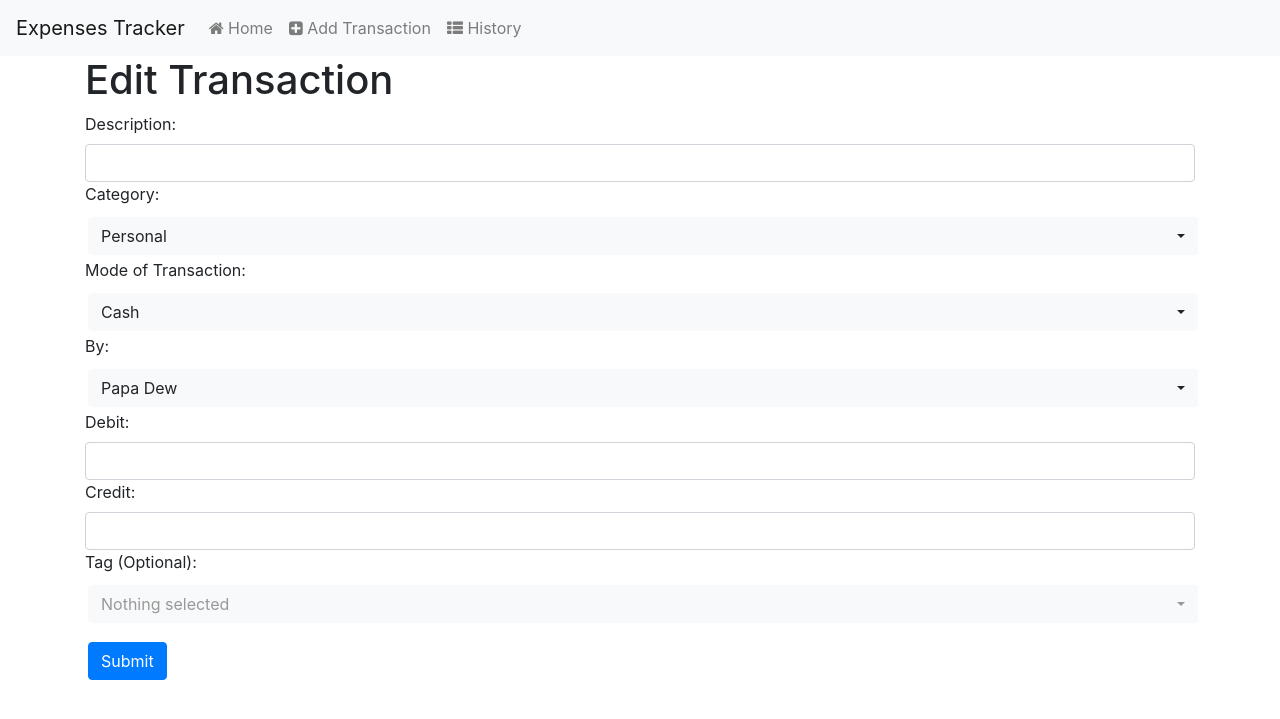
Repository: yucheng91/CI3-expenses-manager
Page: http://localhost/view-all/edit/1
The author's editor kept a record of every edit. The page is drawn from the files as they stood at one moment, then again after the next edit.
The browser window is 1280 px wide. The pictures show the whole page.
The page is served by the project's application, run on Flask 3 (app.py). The database holds what the project's SQL file puts in it.

Above is the page before.

### templates/edit_transaction.html
<!doctype html>
<html lang="en">

<head>
  <!-- Required meta tags -->
  <meta charset="utf-8">
  <meta name="viewport" content="width=device-width, initial-scale=1, shrink-to-fit=no">

  <!-- Bootstrap CSS -->
  <link rel="stylesheet" href="https://stackpath.bootstrapcdn.com/bootstrap/4.3.1/css/bootstrap.min.css" integrity="sha384-ggOyR0iXCbMQv3Xipma34MD+dH/1fQ784/j6cY/iJTQUOhcWr7x9JvoRxT2MZw1T" crossorigin="anonymous">
  <!-- Latest compiled and minified CSS -->
  <link rel="stylesheet" href="https://cdnjs.cloudflare.com/ajax/libs/font-awesome/4.7.0/css/font-awesome.css">
  <link rel="stylesheet" href="https://cdn.jsdelivr.net/npm/bootstrap-select@1.13.10/dist/css/bootstrap-select.min.css">
  <link rel="stylesheet" href="{{ url_for('static', filename='css/style.css') }}">

  <title>Hello, world!</title>
</head>

<body>
    <!--nav bar-->
    <nav class="navbar navbar-expand-sm navbar-light bg-light">
  <a class="navbar-brand" href="#">Expenses Tracker</a>
  <button class="navbar-toggler" type="button" data-toggle="collapse" data-target="#navbarNav" aria-controls="navbarNav" aria-expanded="false" aria-label="Toggle navigation">
    <span class="navbar-toggler-icon"></span>
  </button>
  <div class="collapse navbar-collapse" id="navbarNav">
    <ul class="navbar-nav">
      <li class="nav-item">
        <a class="nav-link" href="{{ url_for('home') }}"><i class="fa fa-home" aria-hidden="true"></i> Home</a>
      </li>
      <li class="nav-item">
        <a class="nav-link" href="{{ url_for('addtransaction') }}"><i class="fa fa-plus-square" aria-hidden="true"></i> Add Transaction</a>
      </li>
      <li class="nav-item">
        <a class="nav-link" href="{{ url_for('viewall') }}"><i class="fa fa-th-list" aria-hidden="true"></i> History</a>
      </li>
    </ul>
  </div>
    </nav>
    <!--end nav-->
  <div class="container">
    <h1>Edit Transaction</h1>
    <form method='post'>
      <class='form-group'>
        <label class='label'>
                      Description:
                  </label>
        <input type='text' class='form-control' name='transaction' value="{{ transaction['description'] }}">
        <label class='label'>
                      Category:
                  </label>
        <select name='category' class='form-control selectpicker' data-live-search="true">
                          {%for d in categories%}
                          <option value='{{ d['id'] }}' {%if d['id'] == transaction.categoriesid %} selected='selected'{%endif%}>{{ d['name'] }}</option>
                               {%endfor%}
                      </select>
        <label class='label'>
                      Mode of Transaction:
                  </label>
        <select name='mode' class='form-control selectpicker' data-live-search="true" value="{{ transaction['modeid'] }}">
                  {%for d in mode %}
                  <option value='{{ d['id'] }}' {%if d['id'] == transaction.modeid %} selected='selected'{%endif%}>{{ d['name'] }}</option>
                       {%endfor%}
              </select>
        <label class='label'>
                      By:
                  </label>
        <select name='by' class='form-control selectpicker' data-live-search="true" value="{{ transaction['accountid'] }}">
                  {%for d in account %}
                  <option value='{{ d['id'] }}' {%if d['id'] == transaction.accountid %} selected='selected'{%endif%}>{{ d['name'] }}</option>
                       {%endfor%}
              </select>
        <label class='label'>
                      Debit:
                  </label>
        <input type='text' class='form-control' name='debit' value="{{ transaction['debit'] }}">
        </class>
        <label class='label'>
                      Credit:
                  </label>
        <input type='text' class='form-control' name='credit' value="{{ transaction['credit'] }}">
        </class>
        <label class='tag'>
                      Tag (Optional):
                  </label>
        <select name='tag' class='form-control selectpicker' Multiple data-live-search="true">
                  {%for d in tag %}
                  <option value='{{ d['id'] }}' {%if d['id'] == transaction.tagid %}selected='selected'{%endif%}>{{ d['name'] }}</option>
                       {%endfor%}
              </select>
        <input type='submit' class='btn btn-primary mt-3'>
    </form>
  </div>

  <!-- Optional JavaScript -->
  <!-- jQuery first, then Popper.js, then Bootstrap JS -->
  <script src="https://code.jquery.com/jquery-3.3.1.slim.min.js" integrity="sha384-q8i/X+965DzO0rT7abK41JStQIAqVgRVzpbzo5smXKp4YfRvH+8abtTE1Pi6jizo" crossorigin="anonymous"></script>
  <script src="https://cdnjs.cloudflare.com/ajax/libs/popper.js/1.14.7/umd/popper.min.js" integrity="sha384-UO2eT0CpHqdSJQ6hJty5KVphtPhzWj9WO1clHTMGa3JDZwrnQq4sF86dIHNDz0W1" crossorigin="anonymous"></script>
  <script src="https://stackpath.bootstrapcdn.com/bootstrap/4.3.1/js/bootstrap.min.js" integrity="sha384-JjSmVgyd0p3pXB1rRibZUAYoIIy6OrQ6VrjIEaFf/nJGzIxFDsf4x0xIM+B07jRM" crossorigin="anonymous"></script>
  <!-- Latest compiled and minified JavaScript -->
  <script src="https://cdn.jsdelivr.net/npm/bootstrap-select@1.13.10/dist/js/bootstrap-select.min.js"></script>
</body>

</html>

### app.py
from flask import Flask, render_template, request, redirect, url_for
import os
import pymysql

connection = pymysql.connect(
    host='localhost', # IP address of the database; localhost means "the local machine"
    user="yucheng91",  #the mysql user
    password="coconuty", #the password for the user
    database="expenses" #the name of database we want to use
)

#if PHP doesn't show, perform $ sudo apt-get install --reinstall libapache2-mod-php7.2

app = Flask(__name__)

@app.route('/home')
def home():
    return render_template('index.html')

@app.route('/view-all')
def viewall():
    cursor = connection.cursor(pymysql.cursors.DictCursor)
    sql = "SELECT * FROM transaction JOIN categories ON transaction.categoriesid = categories.id JOIN mode ON transaction.modeid = mode.id JOIN account on transaction.accountid = account.id"
    cursor.execute(sql)
    results = []
    for r in cursor:
         results.append(r)

    sql = "SELECT SUM(debit) AS totaldebit FROM transaction"
    cursor.execute(sql)
    totaldebit = cursor.fetchone()

    sql = "SELECT SUM(credit) AS totalcredit FROM transaction"
    cursor.execute(sql)
    totalcredit = cursor.fetchone()

    sql = "SELECT (SELECT SUM(debit) AS sumdebit FROM transaction) - (SELECT SUM(credit) AS sumcredit FROM transaction) AS balance FROM transaction"
    cursor.execute(sql)
    balance = cursor.fetchone()

    return render_template('transaction_overview.html', data=results, totaldebit = totaldebit, totalcredit = totalcredit,balance=balance)

@app.route('/new-transaction/', methods=["GET"])
def addtransaction():

    cursor = connection.cursor(pymysql.cursors.DictCursor)
    sql = "SELECT * FROM mode"
    # fetch all genres and store it in a list
    cursor.execute(sql)
    mode = []
    for r in cursor:
        mode.append({
            'id' : r['id'],
            'name': r['mname']
        })

    # fetch all media type and store it in a list
    sql = "SELECT * FROM categories"
    cursor.execute(sql)
    categories = []
    for r in cursor:
        categories.append({
            'id':r['id'],
            'name': r['cname']
        })

    # fetch all media type and store it in a list
    sql = "SELECT * FROM account"
    cursor.execute(sql)
    account = []
    for r in cursor:
        account.append({
            'id':r['id'],
            'name': r['aname']
        })

    sql = "SELECT * FROM tag"
    cursor.execute(sql)
    tag = []
    for r in cursor:
        tag.append({
            'id':r['id'],
            'name': r['tname']
        })

    return render_template('new_transaction.html', mode=mode, categories=categories, account=account, tag=tag)

@app.route('/new-transaction/', methods=["POST"])
def process_addtransaction():
    transaction_name = request.form.get("transaction")
    category_name = request.form.get("category")
    mode_name = request.form.get("mode")
    by_name = request.form.get("by")
    debit_name = request.form.get("debit")
    if request.form.get("debit") == "":
        debit_name = "0"

    credit_name = request.form.get("credit")
    if request.form.get("credit") == "":
        credit_name = "0"

    cursor = connection.cursor(pymysql.cursors.DictCursor)

    sql = "INSERT INTO transaction (description,categoriesid,modeid,accountid,debit,credit) VALUE (%s,%s,%s,%s,%s,%s)"
    cursor.execute(sql,[transaction_name,category_name,mode_name,by_name,debit_name,credit_name])

    transactionid = cursor.lastrowid
    tagid = request.form.getlist("tag")
    for t in tagid:
        sql = "INSERT INTO transactiontag (transactionid,tagid) VALUE (%s,%s)"
        cursor.execute(sql,[transactionid,t])

    connection.commit()
    return redirect(url_for('viewall'))

# Edit transaction
@app.route('/view-all/edit/<id>')
def edit_transaction(id):

    cursor = connection.cursor(pymysql.cursors.DictCursor)
    sql = "SELECT * FROM transaction JOIN transactiontag ON transaction.id = transactiontag.transactionid JOIN tag ON transactiontag.tagid = tag.id WHERE transaction.id = {}".format(id)
    cursor.execute(sql)
    transaction = cursor.fetchone()

    sql = "SELECT * FROM mode"
    cursor.execute(sql)
    mode = []
    for r in cursor:
        mode.append({
            'id' : r['id'],
            'name': r['mname']
        })

    sql = "SELECT * FROM categories"
    cursor.execute(sql)
    categories = []
    for r in cursor:
        categories.append({
            'id':r['id'],
            'name': r['cname']
        })

    sql = "SELECT * FROM account"
    cursor.execute(sql)
    account = []
    for r in cursor:
        account.append({
            'id':r['id'],
            'name': r['aname']
        })

    sql = "SELECT * FROM tag"
    cursor.execute(sql)
    tag = []
    for r in cursor:
        tag.append({
            'id':r['id'],
            'name': r['tname']
        })

    return render_template('edit_transaction.html', transaction = transaction, mode=mode, categories=categories, account=account, tag=tag)

@app.route('/view-all/edit/<id>', methods=['POST'])
def update_transaction(id):
    transaction_name = request.form.get("transaction")
    category_name = request.form.get("category")
    mode_name = request.form.get("mode")
    by_name = request.form.get("by")
    debit_name = request.form.get("debit")
    if request.form.get("debit") == "":
        debit_name = "0"

    credit_name = request.form.get("credit")
    if request.form.get("credit") == "":
        credit_name = "0"

    cursor = connection.cursor(pymysql.cursors.DictCursor)

    cursor.execute("UPDATE transaction SET description = '{}',categoriesid = '{}',modeid = '{}',accountid = '{}',debit = '{}',credit = '{}' WHERE id = {}".format(transaction_name,category_name,mode_name,by_name,debit_name,credit_name,id))

    sql = "DELETE FROM transactiontag WHERE transactiontag.transactionid = {}"
    cursor.execute(sql)

    transactionid = cursor.lastrowid
    tagid = request.form.getlist("tag")
    for t in tagid:
        sql = "INSERT INTO transactiontag (transactionid,tagid) VALUE (%s,%s)"
        cursor.execute(sql,[transactionid,t])

    connection.commit()
    return redirect(url_for('viewall'))

# "magic code" -- boilerplate
if __name__ == '__main__':
    app.run(host=os.environ.get('IP'),
            port=int(os.environ.get('PORT')),
            debug=True)

### static/css/style.css
img {
    width:75%;
    margin-left:auto;
    margin-right:auto;
}

#content {
    padding-top:56px;
}

.btn {
    margin:3px;
}

@media (max-width: 255px){
body {
    font-size:90%;
}
}

@media (max-width: 255px){

#content{
padding-top:96px;
}

body {
    font-size:80%;
}
}

### database.sql (the tables this page reads)
CREATE TABLE `account` (
  `id` int(3) NOT NULL AUTO_INCREMENT,
  `aname` varchar(55) NOT NULL,
  `description` text NOT NULL,
  `createdAt` timestamp NOT NULL DEFAULT CURRENT_TIMESTAMP ON UPDATE CURRENT_TIMESTAMP,
  PRIMARY KEY (`id`)
) ENGINE=InnoDB AUTO_INCREMENT=4 DEFAULT CHARSET=latin1;

INSERT INTO `account` VALUES (1,'Papa Dew','Father of Dew\'s Family','2019-08-02 04:35:32'),(2,'Mama Dew','Mother of Dew\'s Family','2019-08-02 04:56:52'),(3,'Brother Dew','Brother of Dew\'s Family','2019-08-02 04:56:30');

CREATE TABLE `categories` (
  `id` int(3) NOT NULL AUTO_INCREMENT,
  `cname` varchar(55) CHARACTER SET utf8 NOT NULL,
  `description` text NOT NULL,
  `createdAt` timestamp NOT NULL DEFAULT CURRENT_TIMESTAMP ON UPDATE CURRENT_TIMESTAMP,
  PRIMARY KEY (`id`)
) ENGINE=InnoDB AUTO_INCREMENT=10 DEFAULT CHARSET=latin1;

INSERT INTO `categories` VALUES (1,'Personal','Personal private expenses','2019-08-02 04:57:58'),(2,'House','Housing expenses','2019-08-02 04:57:58'),(3,'Food','Daily food expenses','2019-08-02 05:00:07'),(4,'Transport','Transportation expenses','2019-08-02 05:00:07'),(5,'Clothing','Clothing expenses','2019-08-02 05:00:07'),(6,'Fun','Entertainment expenses (such as movie, musical, theme park)','2019-08-02 05:00:07'),(7,'Family','Family expenses','2019-08-02 05:00:07'),(8,'Misc','For everything else','2019-08-02 05:00:07'),(9,'Income','Monthly income','2019-08-02 05:00:35');

CREATE TABLE `mode` (
  `id` int(3) NOT NULL AUTO_INCREMENT,
  `mname` varchar(55) NOT NULL,
  `createdAt` timestamp NOT NULL DEFAULT CURRENT_TIMESTAMP ON UPDATE CURRENT_TIMESTAMP,
  PRIMARY KEY (`id`)
) ENGINE=InnoDB AUTO_INCREMENT=7 DEFAULT CHARSET=latin1;

INSERT INTO `mode` VALUES (1,'Cash','2019-08-02 05:02:32'),(2,'Debit Card','2019-08-02 05:02:32'),(3,'Credit Card','2019-08-02 05:02:32'),(4,'Mobile (PayNow/Paylah)','2019-08-02 05:02:32'),(5,'Bank','2019-08-05 03:29:46'),(6,'Others','2019-08-26 08:38:17');

CREATE TABLE `tag` (
  `id` int(11) NOT NULL AUTO_INCREMENT,
  `tname` varchar(30) CHARACTER SET utf8 NOT NULL,
  PRIMARY KEY (`id`)
) ENGINE=InnoDB AUTO_INCREMENT=15 DEFAULT CHARSET=latin1;

INSERT INTO `tag` VALUES (1,'FairPrice '),(2,'Sheng Siong'),(3,'Giant'),(4,'Capitaland'),(5,'Insurance'),(6,'Taxi'),(7,'Restaurant'),(8,'Phone Bill'),(9,'Utilities Bill'),(10,'Grocery'),(11,'Airfare'),(12,'Hotel'),(13,'School'),(14,'Stationary');

CREATE TABLE `transaction` (
  `id` int(11) NOT NULL AUTO_INCREMENT,
  `description` text CHARACTER SET utf8 NOT NULL,
  `debit` decimal(11,2) DEFAULT '0.00',
  `credit` decimal(11,2) DEFAULT '0.00',
  `createdAt` timestamp NOT NULL DEFAULT CURRENT_TIMESTAMP ON UPDATE CURRENT_TIMESTAMP,
  `accountid` int(11) NOT NULL,
  `categoriesid` int(11) NOT NULL,
  `modeid` int(11) NOT NULL,
  PRIMARY KEY (`id`),
  KEY `accountid` (`accountid`),
  KEY `categoriesid` (`categoriesid`),
  KEY `modeid` (`modeid`),
  CONSTRAINT `transaction_ibfk_1` FOREIGN KEY (`accountid`) REFERENCES `account` (`id`),
  CONSTRAINT `transaction_ibfk_2` FOREIGN KEY (`categoriesid`) REFERENCES `categories` (`id`),
  CONSTRAINT `transaction_ibfk_3` FOREIGN KEY (`modeid`) REFERENCES `mode` (`id`)
) ENGINE=InnoDB AUTO_INCREMENT=19 DEFAULT CHARSET=latin1;

INSERT INTO `transaction` VALUES (1,'Code Institute : Income of the month July 2019',3500.00,0.00,'2019-08-22 07:41:18',1,9,1),(2,'SIM HQ Income of the Month : July 2019',3500.00,0.00,'2019-08-05 04:13:11',2,9,5),(3,'Taxi Taxi',0.00,40.00,'2019-08-23 05:56:58',1,4,3),(13,'Lunch Money for Brother\'s Dew school',0.00,40.00,'2019-08-20 08:15:28',1,3,1),(14,'RWS Day trip',0.00,154.00,'2019-08-20 08:17:02',2,7,3),(15,'New backpack',0.00,0.00,'2019-08-26 07:39:22',1,1,1),(16,'Test tag 1',0.00,10.00,'2019-08-27 06:24:42',1,1,1),(17,'test tag 2',0.00,20.00,'2019-08-27 06:24:58',1,1,1),(18,'test 1 + 2 ',0.00,0.00,'2019-08-27 06:55:37',2,7,3);

CREATE TABLE `transactiontag` (
  `id` int(11) NOT NULL AUTO_INCREMENT,
  `transactionid` int(11) DEFAULT NULL,
  `tagid` int(11) DEFAULT NULL,
  PRIMARY KEY (`id`),
  KEY `transactionid` (`transactionid`),
  KEY `tagid` (`tagid`),
  CONSTRAINT `transactiontag_ibfk_1` FOREIGN KEY (`transactionid`) REFERENCES `transaction` (`id`),
  CONSTRAINT `transactiontag_ibfk_2` FOREIGN KEY (`tagid`) REFERENCES `tag` (`id`)
) ENGINE=InnoDB AUTO_INCREMENT=12 DEFAULT CHARSET=latin1;

INSERT INTO `transactiontag` VALUES (6,16,1),(7,17,2),(8,18,1),(9,18,2),(10,3,4),(11,3,6);

After the next edit:
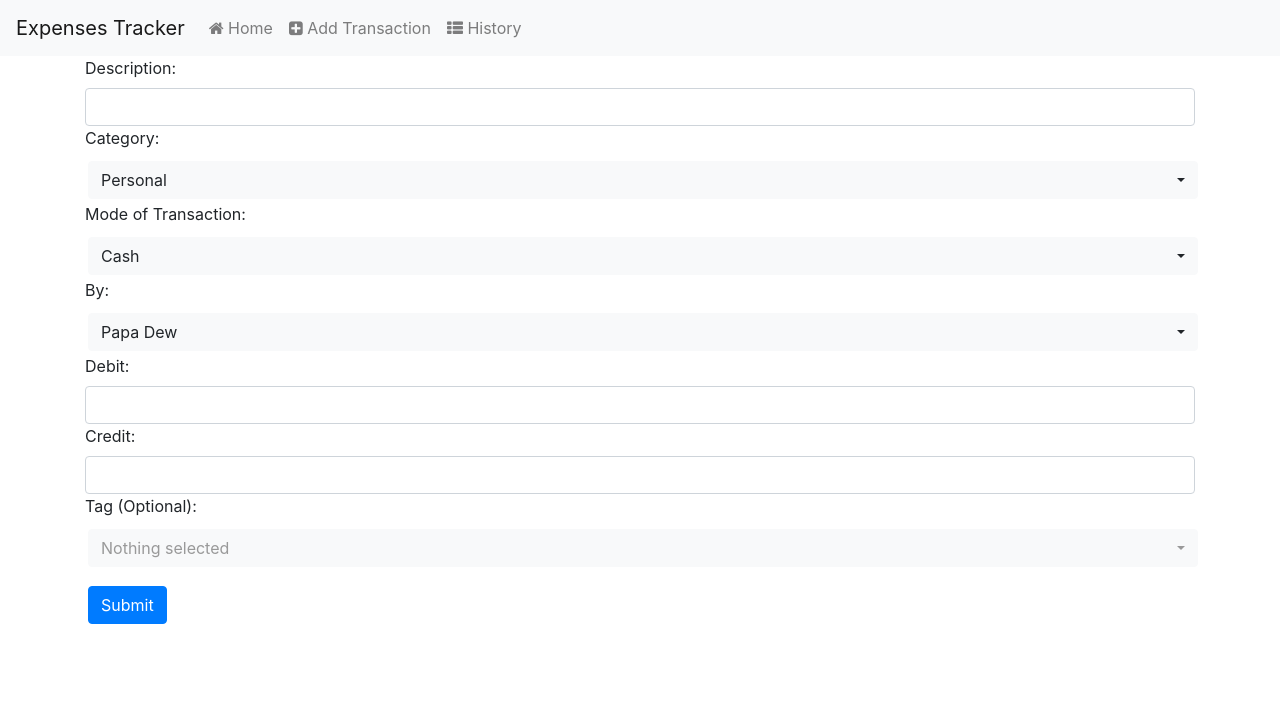
The edit:
--- a/templates/edit_transaction.html
+++ b/templates/edit_transaction.html
@@ -18,7 +18,7 @@
 
 <body>
     <!--nav bar-->
-    <nav class="navbar navbar-expand-sm navbar-light bg-light">
+    <nav class="navbar navbar-expand-sm navbar-light bg-light fixed-top">
   <a class="navbar-brand" href="#">Expenses Tracker</a>
   <button class="navbar-toggler" type="button" data-toggle="collapse" data-target="#navbarNav" aria-controls="navbarNav" aria-expanded="false" aria-label="Toggle navigation">
     <span class="navbar-toggler-icon"></span>

After the edit that followed:
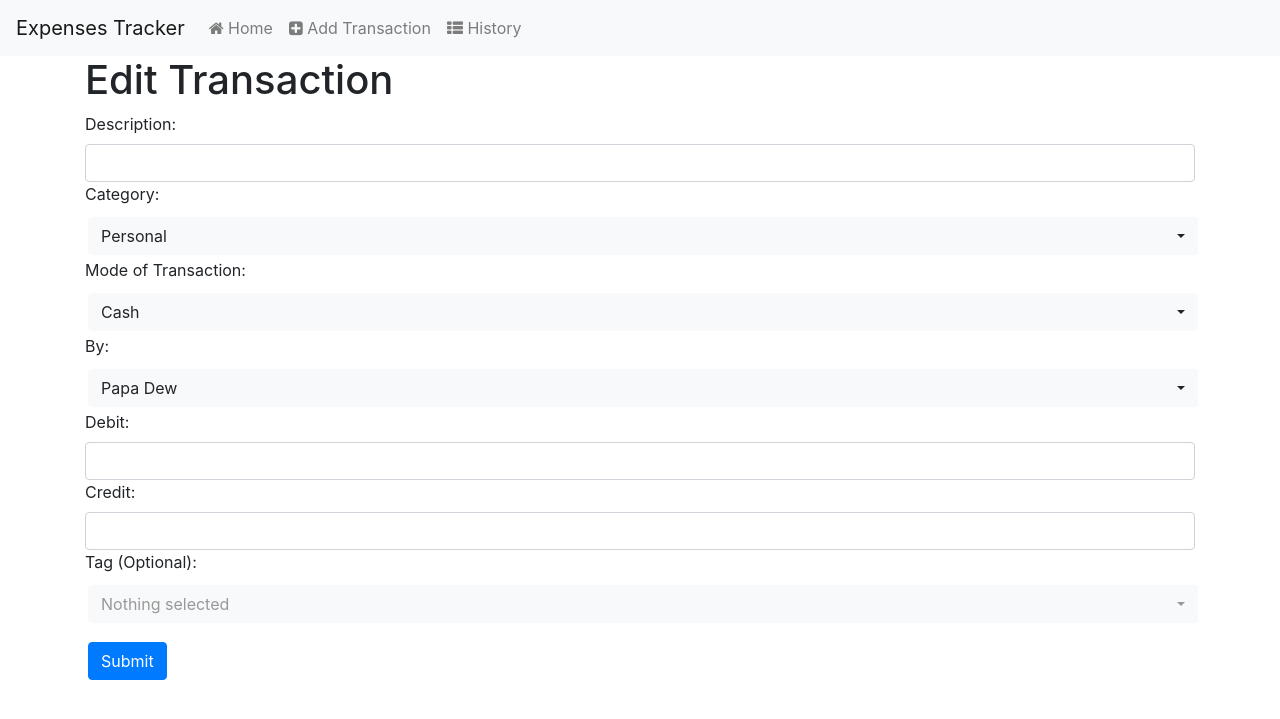
The edit:
--- a/templates/edit_transaction.html
+++ b/templates/edit_transaction.html
@@ -38,6 +38,7 @@
   </div>
     </nav>
     <!--end nav-->
+<div id ="content">
   <div class="container">
     <h1>Edit Transaction</h1>
     <form method='post'>
